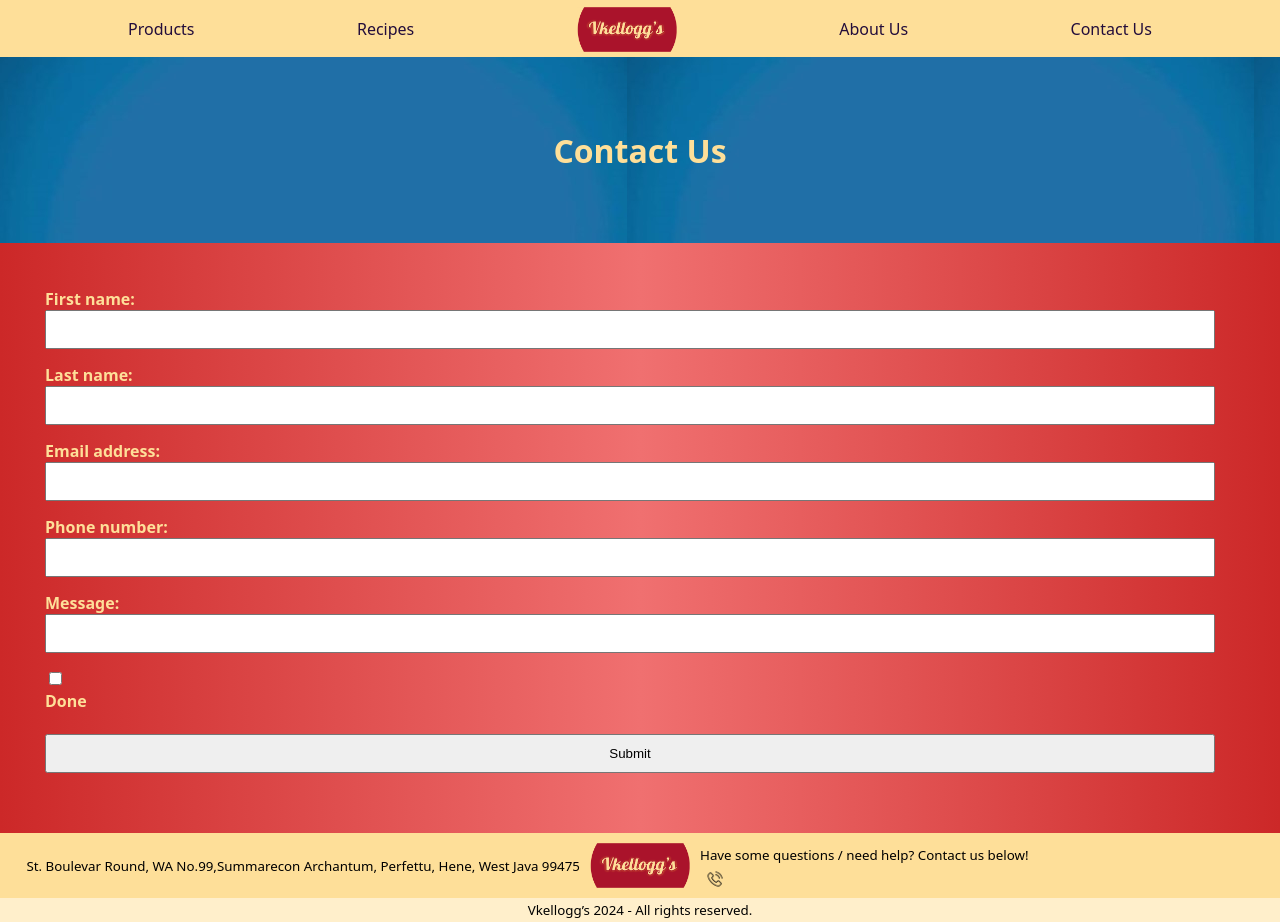
Repository: sugralld/VKelloggs
Page: Code and Assets/html/contactus.html
These files come from the project's save history. The page is drawn as it stood at one moment and after the next save; the edit follows.
The browser window is 1280 px wide. The pictures show the whole page.

Above is the page before, as saved 2024-12-03 20:58:27.

After the next save:
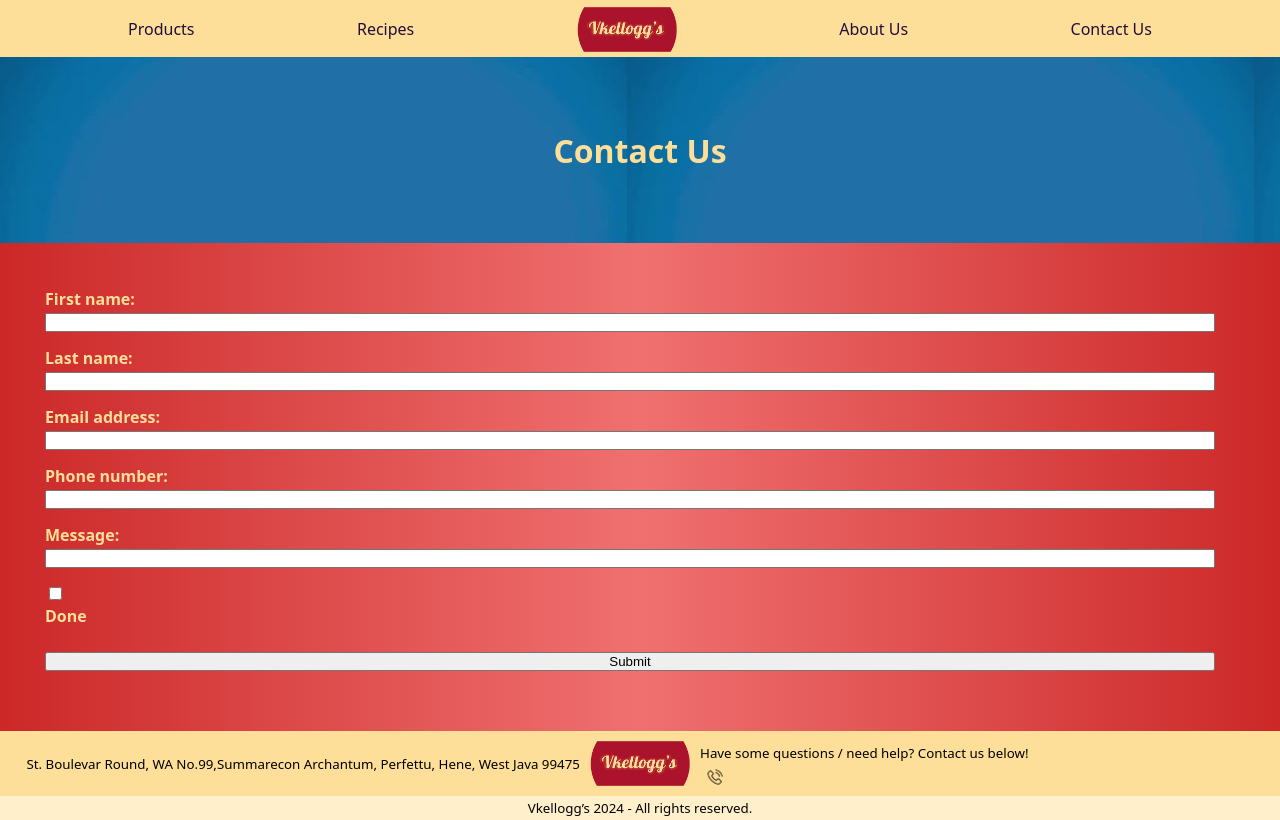
Saved 8 s later.
--- a/Code and Assets/css/contactus.css
+++ b/Code and Assets/css/contactus.css
@@ -22,6 +22,6 @@
     width: calc(100% - 20px); /* Lebar penuh dikurangi margin */
     max-width: 100%; /* Mencegah input melampaui layar */
     margin: 0 auto 15px; /* Jarak antar elemen */
-    padding: 10px; /* Tambahkan padding untuk kenyamanan pengguna */
+    padding: 0px; /* Tambahkan padding untuk kenyamanan pengguna */
     box-sizing: border-box; /* Termasuk padding dalam perhitungan lebar */
 }
